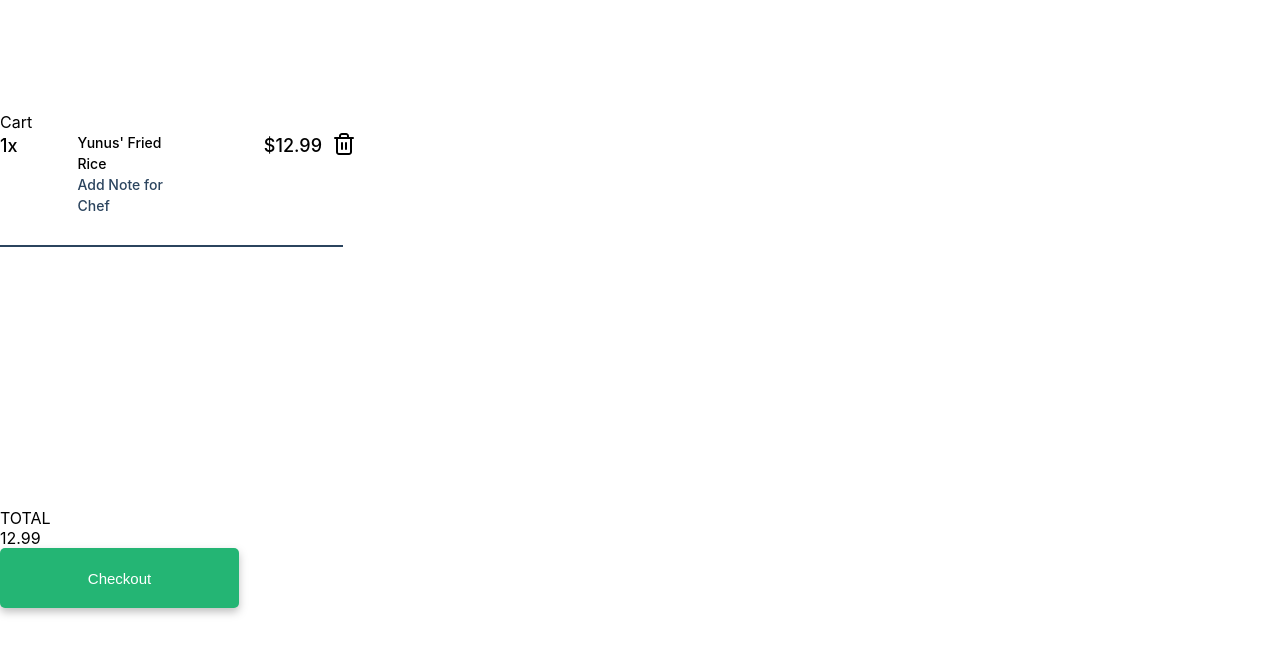
Repository: nguyenlejoe/HomeChef
Page: /DashBoardChef (app in app/)
The author's editor kept a copy of each file at every save. The page is drawn from the files as they stood at one save, then again after the next save.
The browser window is 1280 px wide. The pictures show the whole page.
The project was rebuilt for these pictures with package versions that can differ from the ones it lists, and the page was loaded fresh each time.

Above is the page before, as saved 2020-11-05 10:56:32.

After the next save:
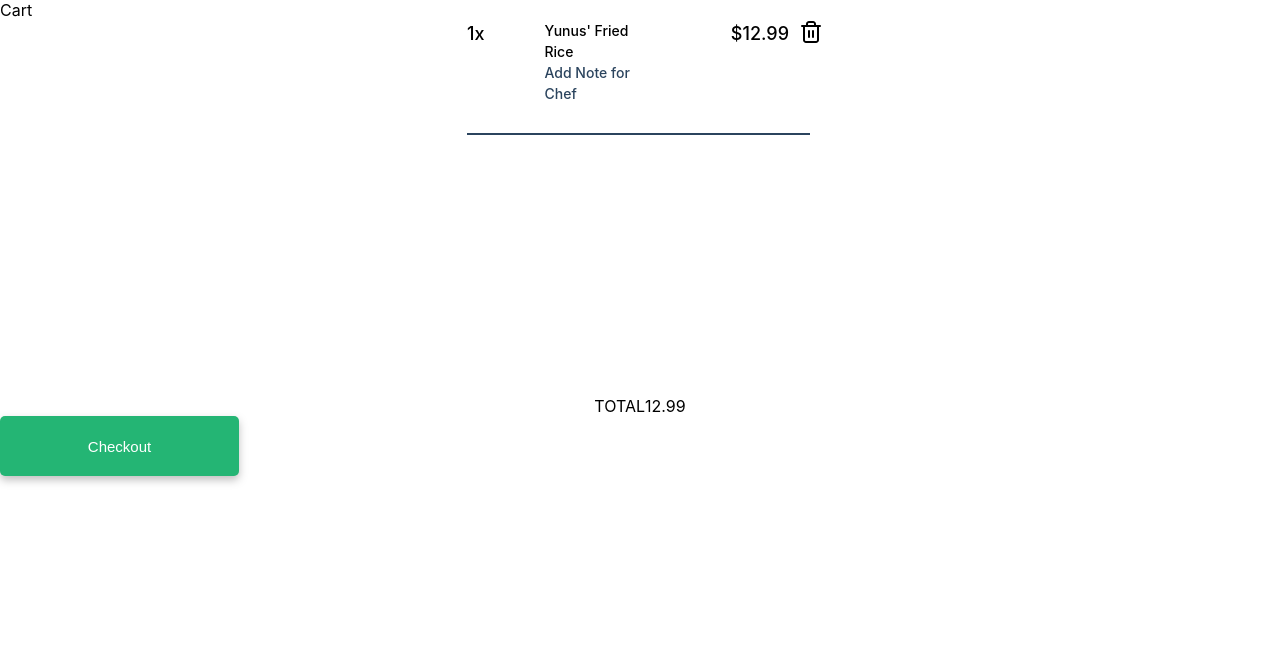
Saved 50 s later.
--- a/app/src/pages/Checkout.scss
+++ b/app/src/pages/Checkout.scss
@@ -2,19 +2,22 @@
     width: 100vw;
     height:100vh;
     overflow-x: hidden;
-    display: flex;
-    flex-direction: column;
-    justify-content: center;
+
 
 }
 
 .checkout{
     margin-bottom: 300px;
-    // display: flex;
-    // justify-content: center;
+    display: flex;
+    justify-content: center;
 }
 
 .total{
-    // display: flex;
-    // justify-content: center;
+    display: flex;
+    justify-content: center;
 }
+
+.button{
+    display: flex;
+    justify-content: center;
+}
